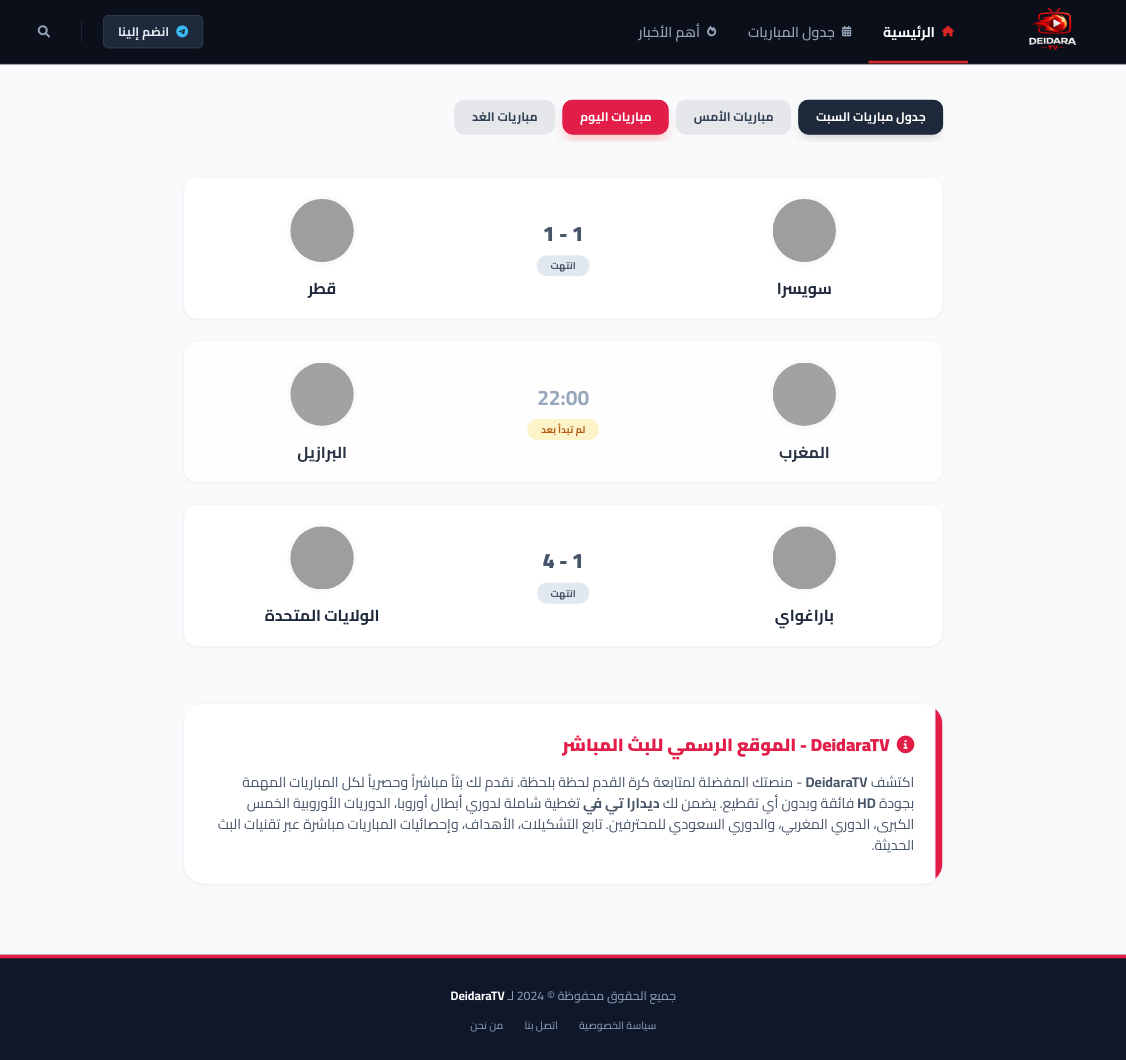
Repository: zakariax05/deidaraTV
Page: index.html
An editor plug-in stored every save of this project. The page is shown before and after the next save, followed by the edit.
The browser window is 1280 px wide. The pictures show the whole page, at 88% of full size.
Pictures or frames that could not be fetched are drawn as grey boxes. Some web libraries are served in a nearby version.

Above is the page before, as saved 2026-06-14 03:45:45.

### index.html
<!DOCTYPE html>
<html lang="ar" dir="rtl">

<head>
  <meta charset="UTF-8">
  <meta name="viewport" content="width=device-width, initial-scale=1.0">
  <title>DeidaraTV - ديدارا تي في | بث مباشر للمباريات</title>
  <script src="https://cdn.tailwindcss.com"></script>
  <link href="https://cdnjs.cloudflare.com/ajax/libs/font-awesome/6.0.0/css/all.min.css" rel="stylesheet">
  <style>
    @import url('https://fonts.googleapis.com/css2?family=Cairo:wght@400;600;700;900&display=swap');

    body {
      font-family: Cairo, sans-serif;
      background-color: #f8fafc;
    }

    .match-card {
      transition: all 0.3s ease;
    }

    .match-card:hover {
      box-shadow: 0 10px 20px -5px rgba(0, 0, 0, 0.1);
    }

    .bg-red-primary {
      background-color: #e11d48;
    }

    .text-red-primary {
      color: #e11d48;
    }

    .border-red-primary {
      border-color: #e11d48;
    }
  </style>
</head>

<body class="text-slate-800">

  <!-- Header / الهيدر -->
  <!-- الهيدر المطور للرئيسية - DeidaraTV -->
  <header class="bg-[#0b0f19] text-slate-300 border-b border-slate-800/80 sticky top-0 z-[100]">
    <div class="container mx-auto px-4 lg:px-8">
      <div class="flex justify-between items-center h-16 md:h-[72px]" dir="rtl">

        <div class="flex items-center gap-8 lg:gap-12">
          <div onclick="window.location.reload()"
            class="flex items-center gap-3 cursor-pointer group select-none relative z-50">
            <img src="imgs/logo-deidaratv.png" alt="DeidaraTV Logo"
              class="h-30 md:h-[100px] w-auto object-contain transition-opacity hover:opacity-80">
          </div>

          <nav class="hidden lg:flex items-center gap-1 h-full">
            <a href="#" class="relative flex items-center gap-2 px-4 h-[72px] text-white font-bold transition-colors">
              <i class="fas fa-home text-xs text-red-600"></i> الرئيسية
              <span class="absolute bottom-0 left-0 w-full h-[3px] bg-red-600"></span>
            </a>
            <a href="#"
              class="flex items-center gap-2 px-4 h-[72px] text-slate-400 hover:text-white hover:bg-white/5 transition-all font-semibold">
              <i class="fas fa-calendar-alt text-xs"></i> جدول المباريات
            </a>
            <a href="#"
              class="flex items-center gap-2 px-4 h-[72px] text-slate-400 hover:text-white hover:bg-white/5 transition-all font-semibold">
              <i class="fas fa-fire text-xs"></i> أهم الأخبار
            </a>
          </nav>
        </div>

        <div class="flex items-center gap-4">

          <a href="#"
            class="bg-[#1e293b] hover:bg-[#334155] border border-slate-700 text-white px-4 py-2 rounded-md transition-all flex items-center gap-2 font-bold text-sm">
            <i class="fab fa-telegram-plane text-[#38bdf8]"></i>
            <span class="hidden md:inline text-slate-200">انضم إلينا</span>
          </a>

          <div class="hidden md:block w-px h-6 bg-slate-800 mx-2"></div>

          <button
            class="w-9 h-9 flex items-center justify-center rounded-md text-slate-400 hover:text-white hover:bg-slate-800 transition-colors">
            <i class="fas fa-search text-sm"></i>
          </button>

          <button
            class="lg:hidden w-9 h-9 flex items-center justify-center rounded-md text-slate-400 hover:text-white hover:bg-slate-800 transition-colors">
            <i class="fas fa-bars text-lg"></i>
          </button>
        </div>

      </div>
    </div>
  </header>

  <!-- Content / المحتوى الرئيسي -->
  <main class="container mx-auto px-4 max-w-4xl mt-10 pb-20">

    <!-- الأزرار العلوية -->
    <div class="flex flex-wrap justify-start gap-2 mb-10 overflow-x-auto pb-2">
      <button class="px-5 py-2.5 bg-slate-800 text-white rounded-xl text-sm font-bold whitespace-nowrap shadow-lg">جدول
        مباريات السبت</button>
      <button
        class="px-5 py-2.5 bg-gray-200 hover:bg-gray-300 text-slate-700 rounded-xl text-sm font-bold transition whitespace-nowrap">مباريات
        الأمس</button>
      <button
        class="px-5 py-2.5 bg-red-primary text-white rounded-xl text-sm font-bold shadow-lg shadow-red-200 whitespace-nowrap">مباريات
        اليوم</button>
      <button
        class="px-5 py-2.5 bg-gray-200 hover:bg-gray-300 text-slate-700 rounded-xl text-sm font-bold transition whitespace-nowrap">مباريات
        الغد</button>
    </div>

    <!-- قائمة المباريات -->
    <div class="space-y-6">

      <!-- مباراة مباشرة -->
      <div
        class="match-card bg-white rounded-2xl p-5 flex items-center justify-between border border-slate-100 shadow-sm">
        <div class="flex flex-col items-center w-1/3">
          <img src="https://flagcdn.com/w160/ch.png" alt="سويسرا"
            class="w-14 h-14 md:w-20 md:h-20 rounded-full object-cover border-4 border-slate-50 shadow-inner mb-3">
          <span class="font-bold text-sm md:text-lg">سويسرا</span>
        </div>

        <div class="flex flex-col items-center w-1/3">
          <div class="text-2xl font-black text-slate-600 mb-2">1 - 1</div>
          <span class="bg-slate-200 text-slate-600 text-[11px] px-4 py-1 rounded-full font-bold">انتهت</span>
        </div>

        <div class="flex flex-col items-center w-1/3">
          <img src="https://flagcdn.com/w160/qa.png" alt="قطر"
            class="w-14 h-14 md:w-20 md:h-20 rounded-full object-cover border-4 border-slate-50 shadow-inner mb-3">
          <span class="font-bold text-sm md:text-lg">قطر</span>
        </div>
      </div>

      <!-- مباراة المغرب (لم تبدأ) -->
      <!-- قمت بتغيير الـ div الأول إلى a وإضافة الرابط و cursor-pointer -->
      <a href="watching-page.html"
        class="match-card bg-white rounded-2xl p-5 flex items-center justify-between border border-slate-100 shadow-sm opacity-95 cursor-pointer hover:bg-slate-50 transition-all block">

        <!-- الفريق الأول -->
        <div class="flex flex-col items-center w-1/3">
          <img src="https://flagcdn.com/w160/ma.png" alt="المغرب"
            class="w-14 h-14 md:w-20 md:h-20 rounded-full object-cover border-4 border-slate-50 shadow-inner mb-3">
          <span class="font-bold text-sm md:text-lg text-slate-800">المغرب</span>
        </div>

        <!-- توقيت المباراة -->
        <div class="flex flex-col items-center w-1/3">
          <div class="text-2xl font-bold text-slate-400 mb-2">22:00</div>
          <span class="bg-amber-100 text-amber-700 text-[11px] px-4 py-1 rounded-full font-bold">لم تبدأ
            بعد</span>
        </div>

        <!-- الفريق الثاني -->
        <div class="flex flex-col items-center w-1/3">
          <img src="https://flagcdn.com/w160/br.png" alt="البرازيل"
            class="w-14 h-14 md:w-20 md:h-20 rounded-full object-cover border-4 border-slate-50 shadow-inner mb-3">
          <span class="font-bold text-sm md:text-lg text-slate-800">البرازيل</span>
        </div>
      </a>

      <!-- مباراة منتهية -->
      <div
        class="match-card bg-white rounded-2xl p-5 flex items-center justify-between border border-slate-100 shadow-sm bg-slate-50/50">
        <div class="flex flex-col items-center w-1/3">
          <img src="https://flagcdn.com/w160/py.png" alt="باراغواي"
            class="w-14 h-14 md:w-20 md:h-20 rounded-full object-cover border-4 border-slate-50 shadow-inner mb-3">
          <span class="font-bold text-sm md:text-lg">باراغواي</span>
        </div>

        <div class="flex flex-col items-center w-1/3">
          <div class="text-2xl font-black text-slate-600 mb-2">1 - 4</div>
          <span class="bg-slate-200 text-slate-600 text-[11px] px-4 py-1 rounded-full font-bold">انتهت</span>
        </div>

        <div class="flex flex-col items-center w-1/3">
          <img src="https://flagcdn.com/w160/us.png" alt="الولايات المتحدة"
            class="w-14 h-14 md:w-20 md:h-20 rounded-full object-cover border-4 border-slate-50 shadow-inner mb-3">
          <span class="font-bold text-sm md:text-lg">الولايات المتحدة</span>
        </div>
      </div>

    </div>

    <!-- SEO / قسم المعلومات -->
    <section
      class="mt-16 bg-white rounded-3xl p-8 border border-slate-100 shadow-sm leading-relaxed relative overflow-hidden">
      <div class="absolute top-0 right-0 w-2 h-full bg-red-primary"></div>
      <h2 class="text-red-primary font-black text-xl mb-4 flex items-center gap-2">
        <i class="fas fa-info-circle"></i> DeidaraTV - الموقع الرسمي للبث المباشر
      </h2>
      <p class="text-slate-600 text-sm md:text-base leading-8">
        اكتشف <strong>DeidaraTV</strong> - منصتك المفضلة لمتابعة كرة القدم لحظة بلحظة. نقدم لك بثاً مباشراً
        وحصرياً لكل المباريات المهمة بجودة <strong>HD</strong> فائقة وبدون أي تقطيع. يضمن لك <strong>ديدارا تي
          في</strong> تغطية شاملة لدوري أبطال أوروبا، الدوريات الأوروبية الخمس الكبرى، الدوري المغربي، والدوري
        السعودي للمحترفين. تابع التشكيلات، الأهداف، وإحصائيات المباريات مباشرة عبر تقنيات البث الحديثة.
      </p>
    </section>

  </main>

  <!-- Footer / الفوتر -->
  <footer class="bg-slate-900 text-slate-400 py-8 text-center border-t-4 border-red-primary">
    <div class="container mx-auto px-4">
      <p class="text-sm">جميع الحقوق محفوظة &copy; 2024 لـ <span class="text-white font-bold">DeidaraTV</span></p>
      <div class="flex justify-center gap-6 mt-4 text-xs">
        <a href="#" class="hover:text-white">سياسة الخصوصية</a>
        <a href="#" class="hover:text-white">اتصل بنا</a>
        <a href="#" class="hover:text-white">من نحن</a>
      </div>
    </div>
  </footer>

</body>

</html>

After the next save:
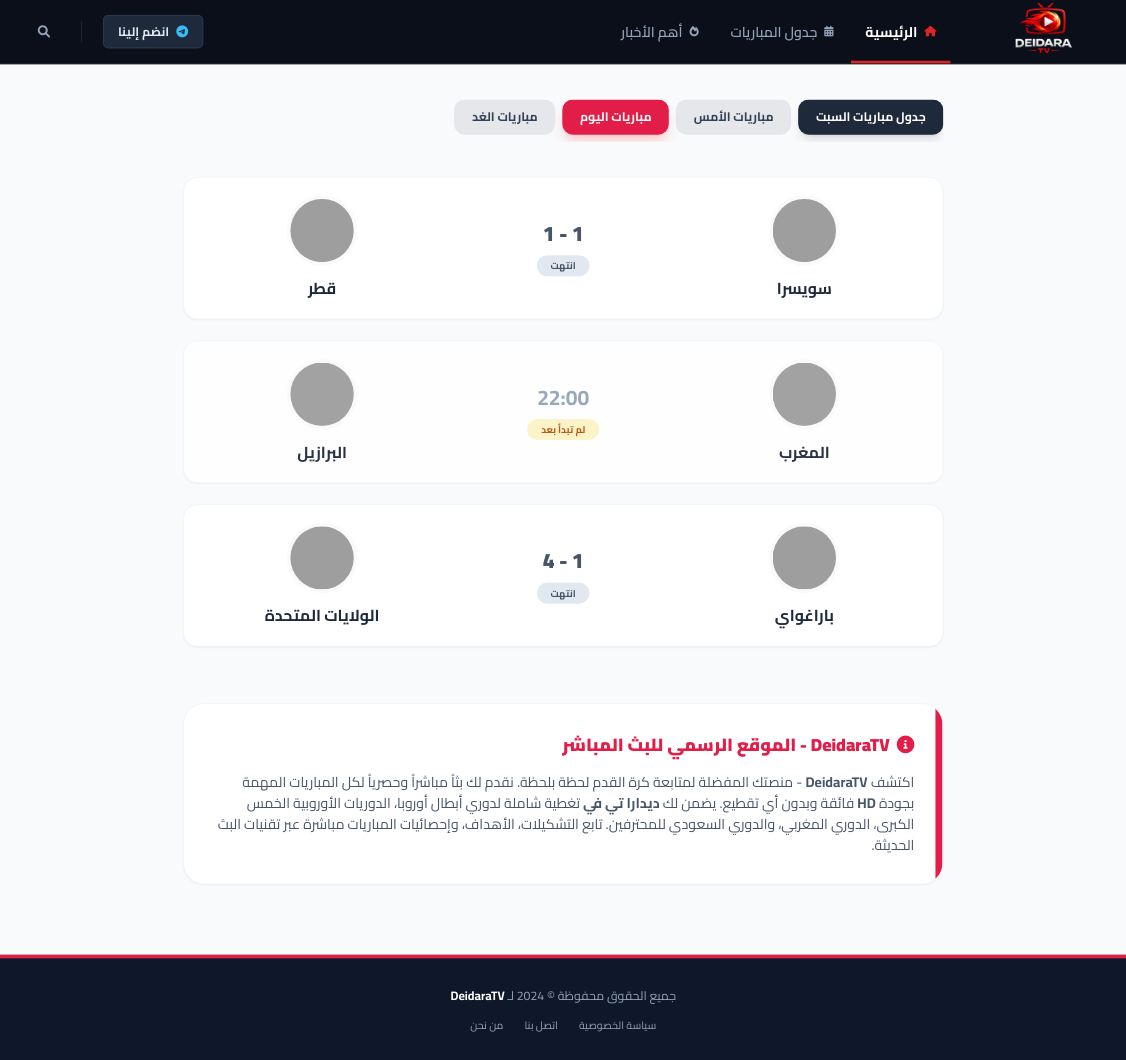
Saved 8 s later.
--- a/index.html
+++ b/index.html
@@ -49,7 +49,7 @@
           <div onclick="window.location.reload()"
             class="flex items-center gap-3 cursor-pointer group select-none relative z-50">
             <img src="imgs/logo-deidaratv.png" alt="DeidaraTV Logo"
-              class="h-30 md:h-[100px] w-auto object-contain transition-opacity hover:opacity-80">
+              class="h-30 md:h-[120px] w-auto object-contain transition-opacity hover:opacity-80">
           </div>
 
           <nav class="hidden lg:flex items-center gap-1 h-full">
